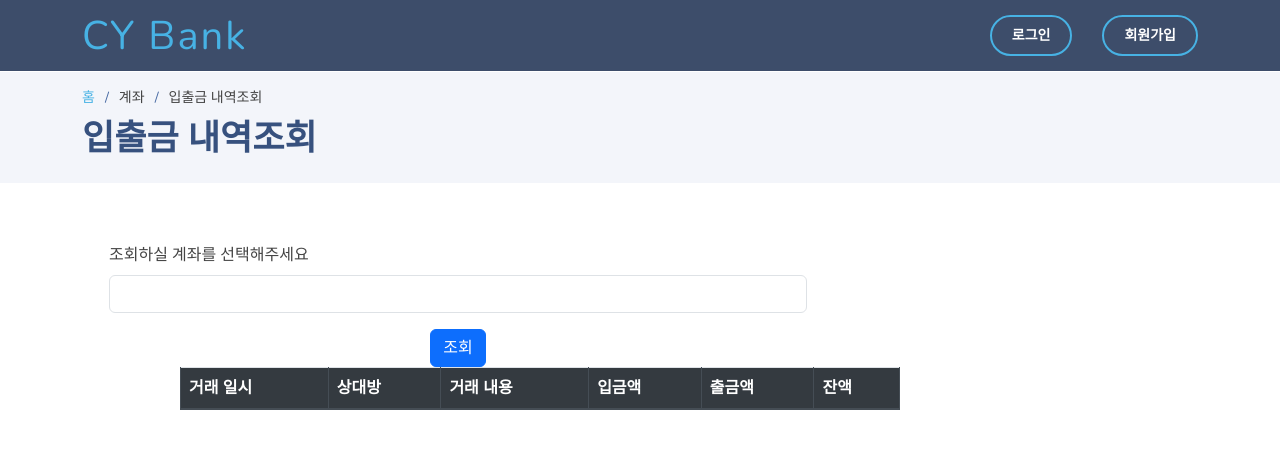
Repository: scy0814/Spring
Page: http://localhost/CYBank/jsp/transaction/TransactionHistoryProcess.jsp
These files come from the project's save history. The page is drawn as it stood at one moment and after the next save; the edit follows.
The browser window is 1280 px wide. The pictures show the whole page.
The page is served by Tomcat 9. Other server files are loaded and not shown. The template is opened directly, without the code that normally fills it, so the values that code supplies are empty.

Above is the page before, as saved 2023-07-02 09:10:33.

### CYBank/src/main/webapp/jsp/transaction/TransactionHistoryProcess.jsp
<%@ page language="java" contentType="text/html; charset=UTF-8"
	pageEncoding="UTF-8"%>
<%@ taglib uri="http://java.sun.com/jsp/jstl/core" prefix="c"%>
<!DOCTYPE html>
<html>
<head>
<meta charset="UTF-8">
<title>Insert title here</title>
<link rel="stylesheet"
	href="https://stackpath.bootstrapcdn.com/bootstrap/4.5.2/css/bootstrap.min.css">
<script src="https://code.jquery.com/jquery-3.6.0.min.js"></script>
<style>
.button {
	width: 5cm;
	height: 60px;
	display: inline-block;
	padding: 10px 20px;
	border: none;
	background-color: lightgray;
	color: black;
	text-align: center;
	text-decoration: none;
	font-size: 16px;
	cursor: pointer;
	border-radius: 0;
}

#button2 {
	background-color: rgb(44, 62, 80);
	color: white;
}

.myHr {
	width: 5cm;
	margin-left: 0;
}
</style>
</head>
<header>
	<jsp:include page="/jsp/include/header.jsp" />
</header>
<body>
	<section id="breadcrumbs" class="breadcrumbs">
		<div class="container">

			<ol>
				<li><a href="/index.jsp">홈</a></li>
				<li>계좌</li>
				<li>입출금 내역조회</li>
			</ol>
			<h2 style="font-size: 35px;">입출금 내역조회</h2>

		</div>
	</section>
	<!-- End Breadcrumbs -->

	<section class="inner-page">
		<div class="container">


			<form
				action="${pageContext.request.contextPath }/transactionHistoryProcess.do"
				class="transactionHistory" method="post">
				<div class="container">
					<div class="col-lg-8">
						<div class="form-group">
							<label for="accountType">조회하실 계좌를 선택해주세요</label> <select
								name="accountNum" class="form-control">
								<c:forEach var="account" items="${accountList}">
									<option value="${account.accountNum}">${account.accountNum}
										- ${account.accountName} (${account.type})</option>
								</c:forEach>
							</select>
						</div>
						<div class="text-center">
							<button type="submit" class="btn btn-primary">조회</button>
						</div>
					</div>
				</div>
			</form>

			<div class="container" style="position : relative; right : 100px;">
				<div class="row justify-content-center">
					<div class="col-lg-8">
						<table class="table table-striped table-bordered transactionListTable">
							<thead class="thead-dark">
								<tr>
									<th>거래 일시</th>
									<th>상대방</th>
									<th>거래 내용</th>
									<th>입금액</th>
									<th>출금액</th>
									<th>잔액</th>

								</tr>
							</thead>
							<tbody>
								<c:forEach var="transaction" items="${transactionList}">
									<tr>
										<td>${transaction.t_date}</td>
										<td>${transaction.num2_name}</td>
										<td>${transaction.t_content}</td>
										<td>
            <c:choose>
                <c:when test="${transaction.t_type eq '+'}">
                    +${transaction.t_amount}
                </c:when>
                <c:when test="${transaction.t_type eq '-'}">
                    -
                </c:when>
            </c:choose>
        </td>
        <td>
            <c:choose>
                <c:when test="${transaction.t_type eq '+'}">
                    -
                </c:when>
                <c:when test="${transaction.t_type eq '-'}">
                    -${transaction.t_amount}
                </c:when>
            </c:choose>
        </td>
										<td>${transaction.t_balance}</td>
									</tr>
								</c:forEach>
							</tbody>
						</table>
					</div>
				</div>
			</div>




		</div>
	</section>
</body>
</html>

### CYBank/src/main/webapp/jsp/include/header.jsp
<%@ page language="java" contentType="text/html; charset=UTF-8"
    pageEncoding="UTF-8"%>
    <%@ taglib prefix="c" uri="http://java.sun.com/jsp/jstl/core"%>
<!DOCTYPE html>
<html>
<head>
<meta charset="UTF-8">
 <!-- Favicons -->
  <link href="assets/img/favicon.png" rel="icon">
  <link href="assets/img/apple-touch-icon.png" rel="apple-touch-icon">


  <!-- Google Fonts -->
  <link href="https://fonts.googleapis.com/css?family=Open+Sans:300,300i,400,400i,600,600i,700,700i|Nunito:300,300i,400,400i,600,600i,700,700i|Poppins:300,300i,400,400i,500,500i,600,600i,700,700i" rel="stylesheet">

  <!-- Vendor CSS Files -->
  <link href="/CYBank/css/vendor/aos/aos.css" rel="stylesheet">
  <link href="/CYBank/css/vendor/bootstrap/css/bootstrap.min.css" rel="stylesheet">
  <link href="/CYBank/css/vendor/bootstrap-icons/bootstrap-icons.css" rel="stylesheet">
  <link href="/CYBank/css/vendor/glightbox/css/glightbox.min.css" rel="stylesheet">
  <link href="/CYBank/css/vendor/remixicon/remixicon.css" rel="stylesheet">
  <link href="/CYBank/css/vendor/swiper/swiper-bundle.min.css" rel="stylesheet">

  <!-- Template Main CSS File -->
  <link href="/CYBank/css/css/style.css" rel="stylesheet">
  <style>
  .fixed-top {
    position: fixed;
    z-index: 1030;
    background: #283a5ae6;
    top: 0;
    right: 0;
    left: 0;
}
  </style>

<title>Insert title here</title>
</head>
<body>
<!-- ======= Header ======= -->
  <header id="header" class="header fixed-top">
    <div class="container-fluid container-xl d-flex align-items-center justify-content-between">

      <a href="index.jsp" class="logo d-flex align-items-center">
        <span class="cybank">CY Bank</span>
      </a>
		<c:set var="isLogin" value="${empty user }" />
      <nav id="navbar" class="navbar">
        <ul>
        <c:if test="${not empty user && user.id ne 'admin'}">
          <li><a class="nav-link scrollto active" href="index.jsp">홈</a></li>
          <li><a class="nav-link scrollto" href="${pageContext.request.contextPath }/noticeList.do">공지사항</a></li>
          <li><a class="nav-link scrollto" href="#about">오픈뱅킹</a></li>
           <li class="dropdown"><a href="${pageContext.request.contextPath }/account.do"><span>계좌</span> <i class="bi bi-chevron-down"></i></a>
            <ul>
              <li><a href="${pageContext.request.contextPath}/account.do">나의 계좌</a></li>
              <li><a href="${pageContext.request.contextPath}/createAccount.do">계좌 개설</a></li>
              <li><a href="${pageContext.request.contextPath}/transactionHistory.do">입출금 내역</a></li>
              <li><a href="${pageContext.request.contextPath}/closeAccount.do">계좌 해지</a></li>
            </ul>
          </li>
          <li><a class="nav-link scrollto" href="${pageContext.request.contextPath }/myPage.do">마이페이지</a></li>
          <li><a class="nav-link scrollto" href="${pageContext.request.contextPath }/customerCenter.do">고객센터</a></li>
          <li><a class="nav-link scrollto" href="${pageContext.request.contextPath }/logout.do">로그아웃</a></li>
          <span style="color : white; position : relative; left : 150px;">[(${user.id})님 환영합니다]</span>
          </c:if>

		<c:if test="${user.id eq 'admin'}">
		<li class="dropdown"><a href="${pageContext.request.contextPath }/account.do"><span>상품관리</span> <i class="bi bi-chevron-down"></i></a>
            <ul>
              <li><a href="${pageContext.request.contextPath}/account.do">상품등록</a></li>
              <li><a href="${pageContext.request.contextPath}/createAccount.do">상품수정</a></li>
              <li><a href="${pageContext.request.contextPath}/transactionHistory.do">상품삭제</a></li>
            </ul>
          </li>
          <li class="dropdown"><a href="${pageContext.request.contextPath }/account.do"><span>회원관리</span> <i class="bi bi-chevron-down"></i></a>
            <ul>
              <li><a href="${pageContext.request.contextPath}/account.do">회원리스트</a></li>
              <li><a href="${pageContext.request.contextPath}/transactionHistory.do">휴면계좌관리</a></li>
            </ul>
          <li><a class="nav-link scrollto" href="${pageContext.request.contextPath }/noticeList.do">공지사항</a></li>
          <li><a class="nav-link scrollto" href="${pageContext.request.contextPath }/customerCenter.do">고객센터</a></li>
          <li><a class="nav-link scrollto" href="${pageContext.request.contextPath }/logout.do">로그아웃</a></li>
          <span style="color : white; position : relative; left : 150px;">[(${user.id})님 환영합니다]</span>
		</c:if>
		<c:if test="${empty user}">
          <li><a class="getstarted scrollto" href="${pageContext.request.contextPath }/login.do">로그인</a></li>
          <li><a class="getstarted scrollto" href="${pageContext.request.contextPath }/signUp.do">회원가입</a></li>
          </c:if>
        </ul>
        <i class="bi bi-list mobile-nav-toggle"></i>
      </nav><!-- .navbar -->

    </div>
  </header><!-- End Header -->
  <!-- Vendor JS Files -->
  <script src="/CYBank/css/vendor/purecounter/purecounter_vanilla.js"></script>
  <script src="/CYBank/css/vendor/aos/aos.js"></script>
  <script src="/CYBank/css/vendor/bootstrap/js/bootstrap.bundle.min.js"></script>
  <script src="/CYBank/css/vendor/glightbox/js/glightbox.min.js"></script>
  <script src="/CYBank/css/vendor/isotope-layout/isotope.pkgd.min.js"></script>
  <script src="/CYBank/css/vendor/swiper/swiper-bundle.min.js"></script>
  <script src="/CYBank/css/vendor/php-email-form/validate.js"></script>

  <!-- Template Main JS File -->
  <script src="/CYBank/css/js/main.js"></script>

</body>
</html>

Loaded but not shown: CYBank/src/main/webapp/css/js/main.js (258 lines, source omitted); CYBank/src/main/webapp/css/css/style.css (1830 lines, source omitted)

After the next save:
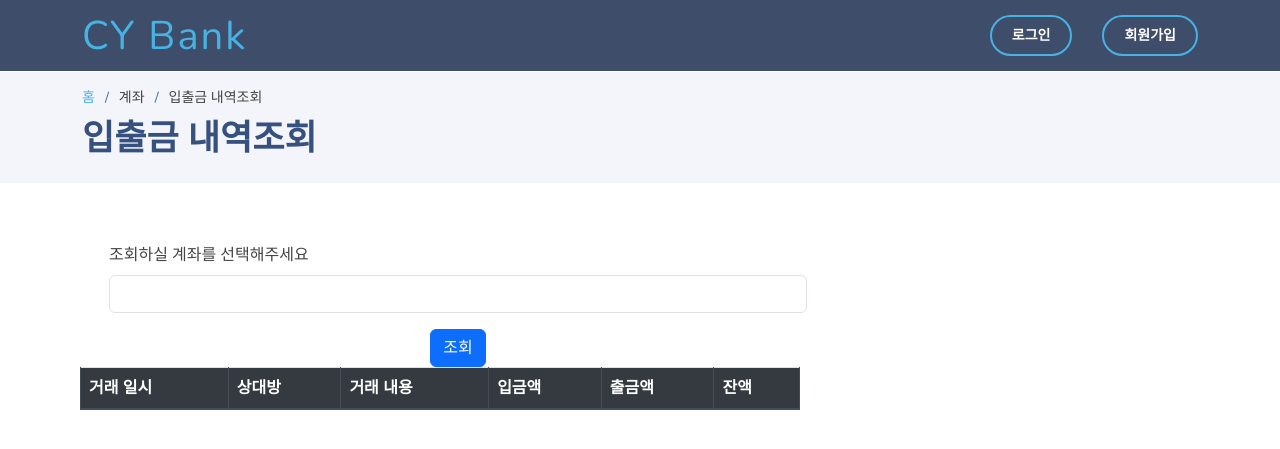
Saved 6 s later.
--- a/CYBank/src/main/webapp/jsp/transaction/TransactionHistoryProcess.jsp
+++ b/CYBank/src/main/webapp/jsp/transaction/TransactionHistoryProcess.jsp
@@ -79,7 +79,7 @@
 				</div>
 			</form>
 
-			<div class="container" style="position : relative; right : 100px;">
+			<div class="container" style="position : relative; right : 200px;">
 				<div class="row justify-content-center">
 					<div class="col-lg-8">
 						<table class="table table-striped table-bordered transactionListTable">
